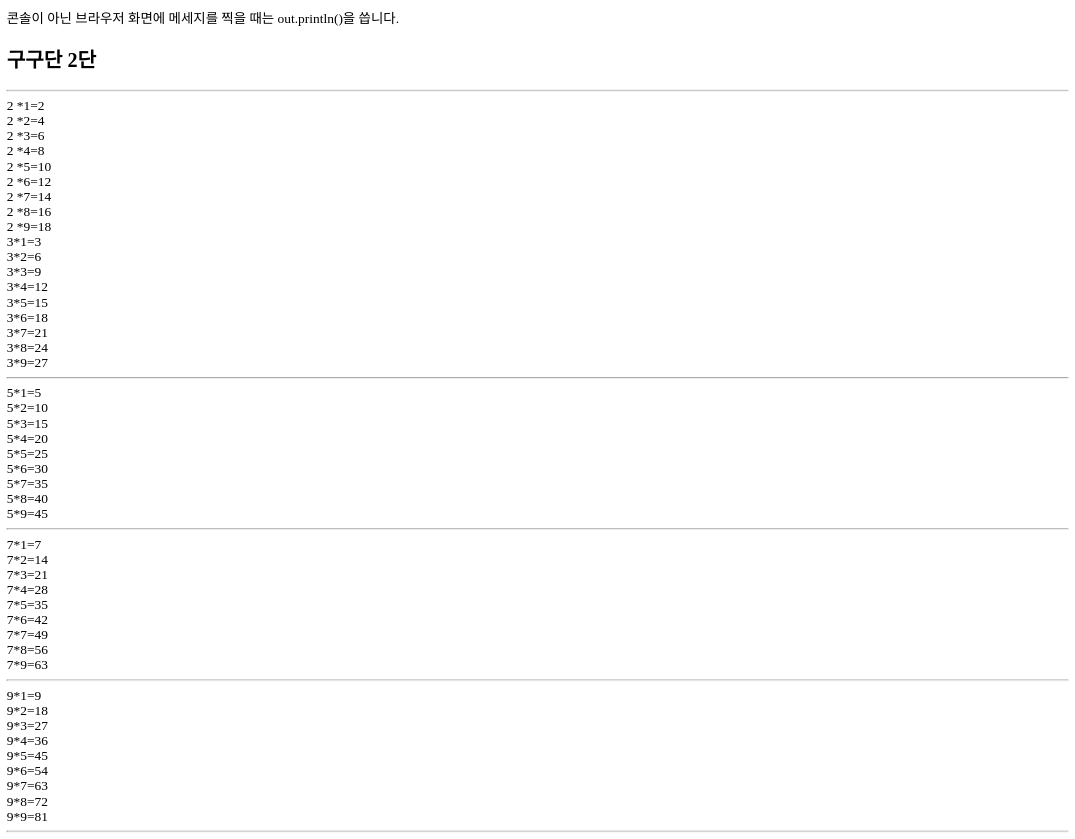
Repository: developedbyssony/JSP
Page: http://localhost/JSPbasic/jsptag/scriptlet.jsp
The author's editor kept a copy of each file at every save. The page is drawn from the files as they stood at one save, then again after a run of saves.
The browser window is 1280 px wide. The pictures show the whole page, at 84% of full size.
The page is served by Tomcat 9.

Above is the page before, as saved 2022-03-22 11:51:02.

After the next 3 saves:
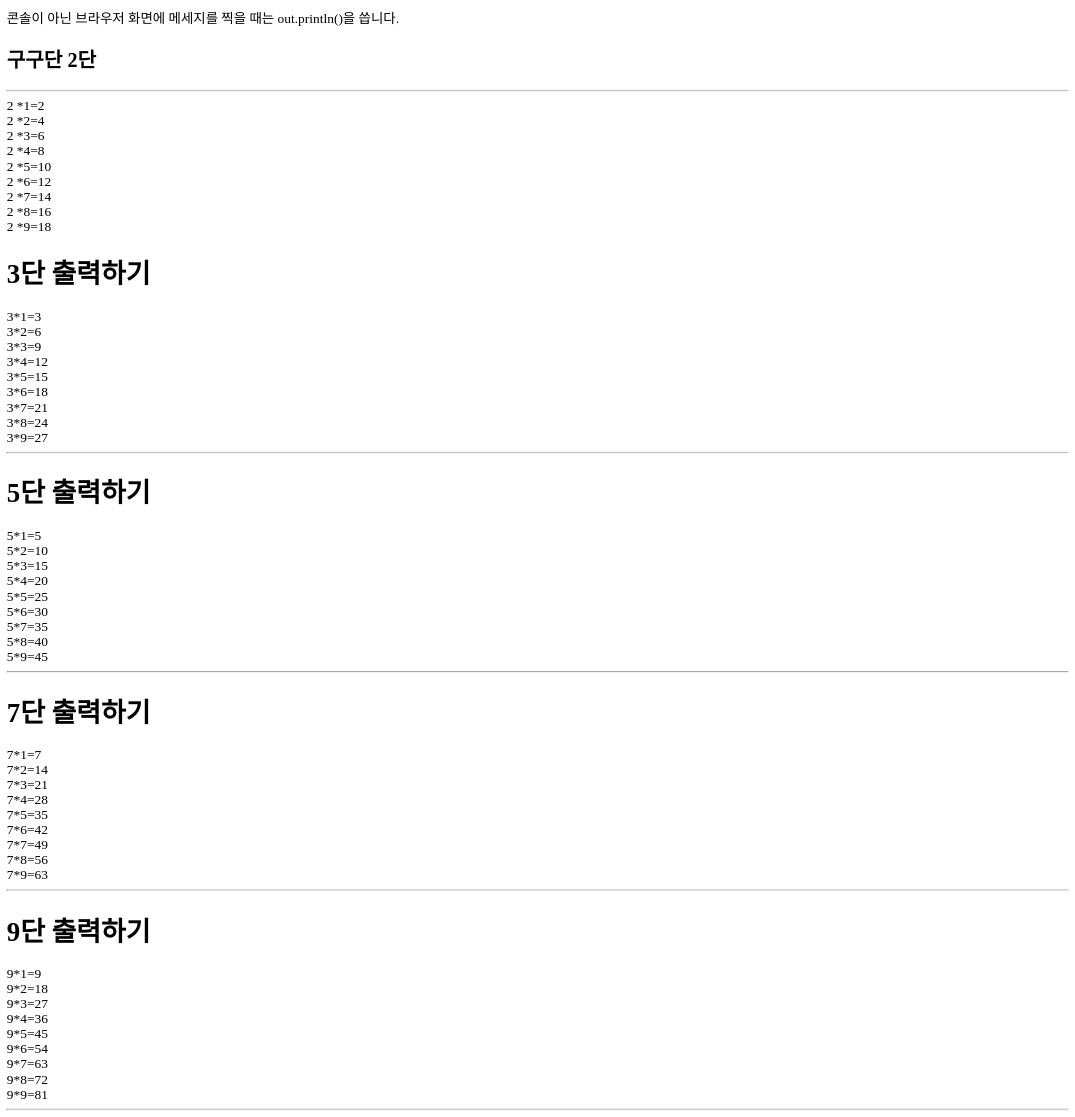
The 3 saves are shown as one change because 2 did not build or start.
The last was saved 19 min 26 s later.
--- a/JSPbasic/src/main/webapp/jsptag/scriptlet.jsp
+++ b/JSPbasic/src/main/webapp/jsptag/scriptlet.jsp
@@ -17,6 +17,7 @@
 	<%
 		for(int j=3; j<10; j++) {
 			if(j%2!=0) {
+				out.println("<h1>" + j + "단 출력하기</h1>");
 				for(int s=1; s<10; s++) {
 				out.println(j + "*" + s + "=" + (j*s) + "<br/>");
 				}
